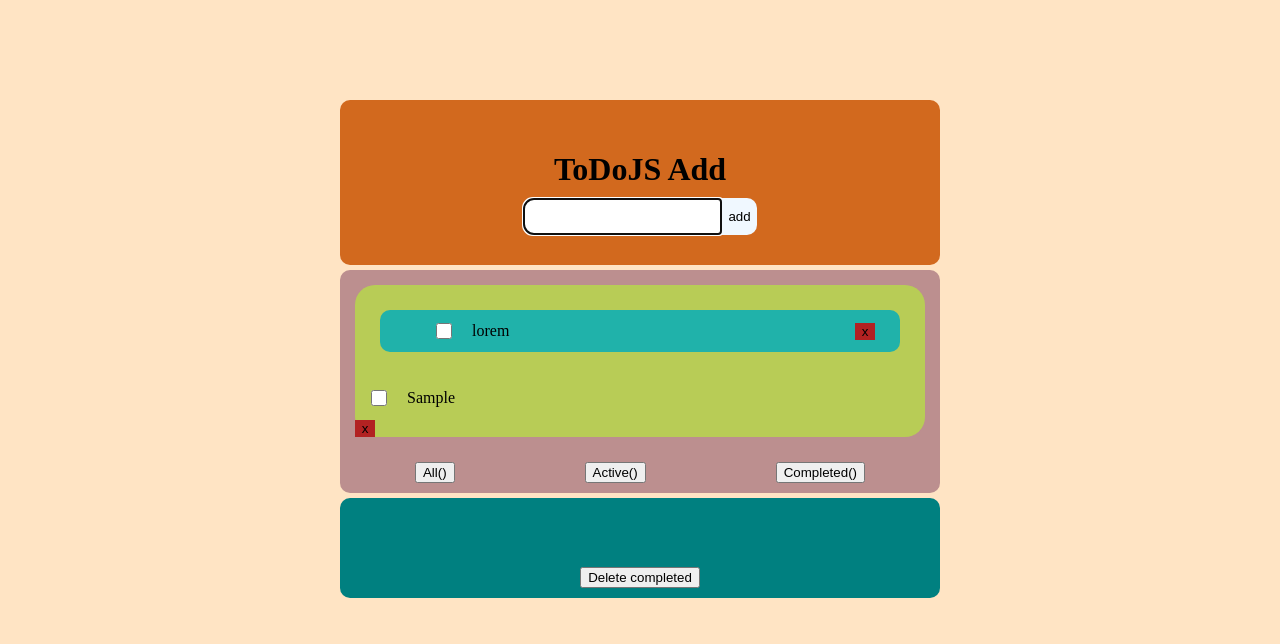
Repository: Savich01/ToDo
Page: index.html
An editor plug-in stored every save of this project. The page is shown before and after the next save, followed by the edit.
The browser window is 1280 px wide. The pictures show the whole page.
Empty fields were first filled with sample values (such as "Sample", 5 or name@example.com).
After loading, the first visible `form.personal` was submitted once.

Above is the page before, as saved 2024-05-06 14:23:50.

After the next save:
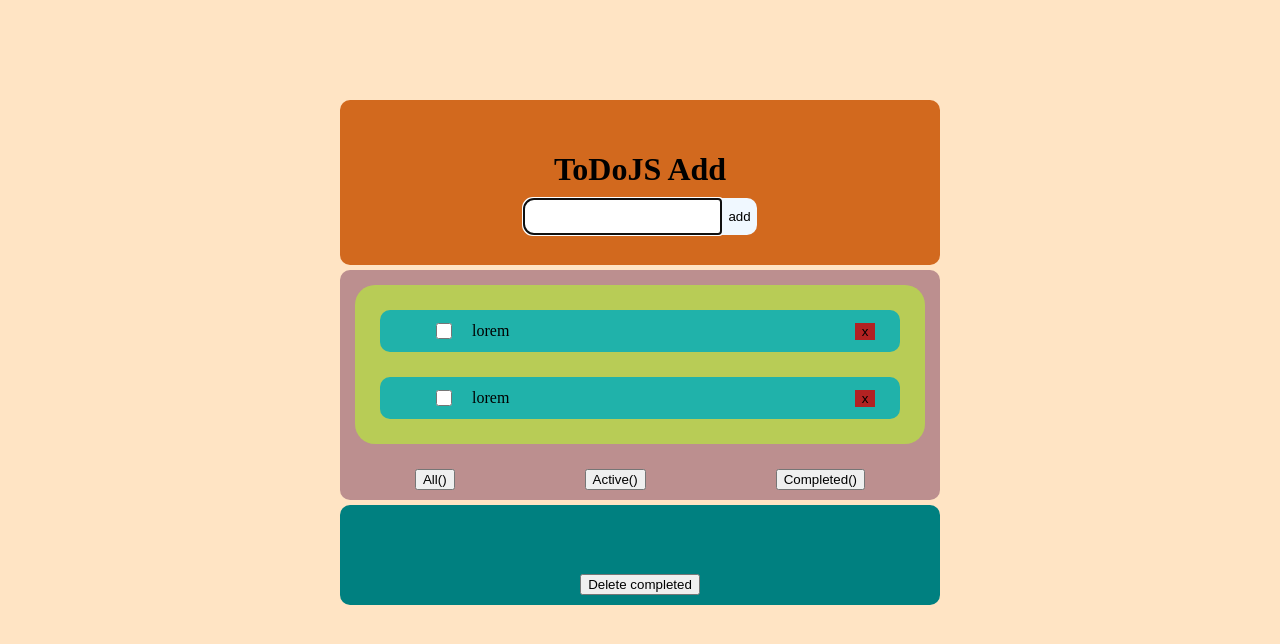
Saved 26 s later.
--- a/js/script.js
+++ b/js/script.js
@@ -17,13 +17,15 @@ function addTask(){
 
     //Формируем разметку для новой задачи
 
-    const taskHTML = `<li class="main-container--list-link">
+    const taskHTML = `<ul class="main-container--list">
+                    <li class="main-container--list-link">
                         <input class="main-checked" type="checkbox">
-                        <span class="main-text">${taskText}</span>
+                        <span class="main-text">lorem</span>
                     </li>
                     <button class="main--list-btn">
                         х
                     </button>
+               </ul>
                         `
 
 
